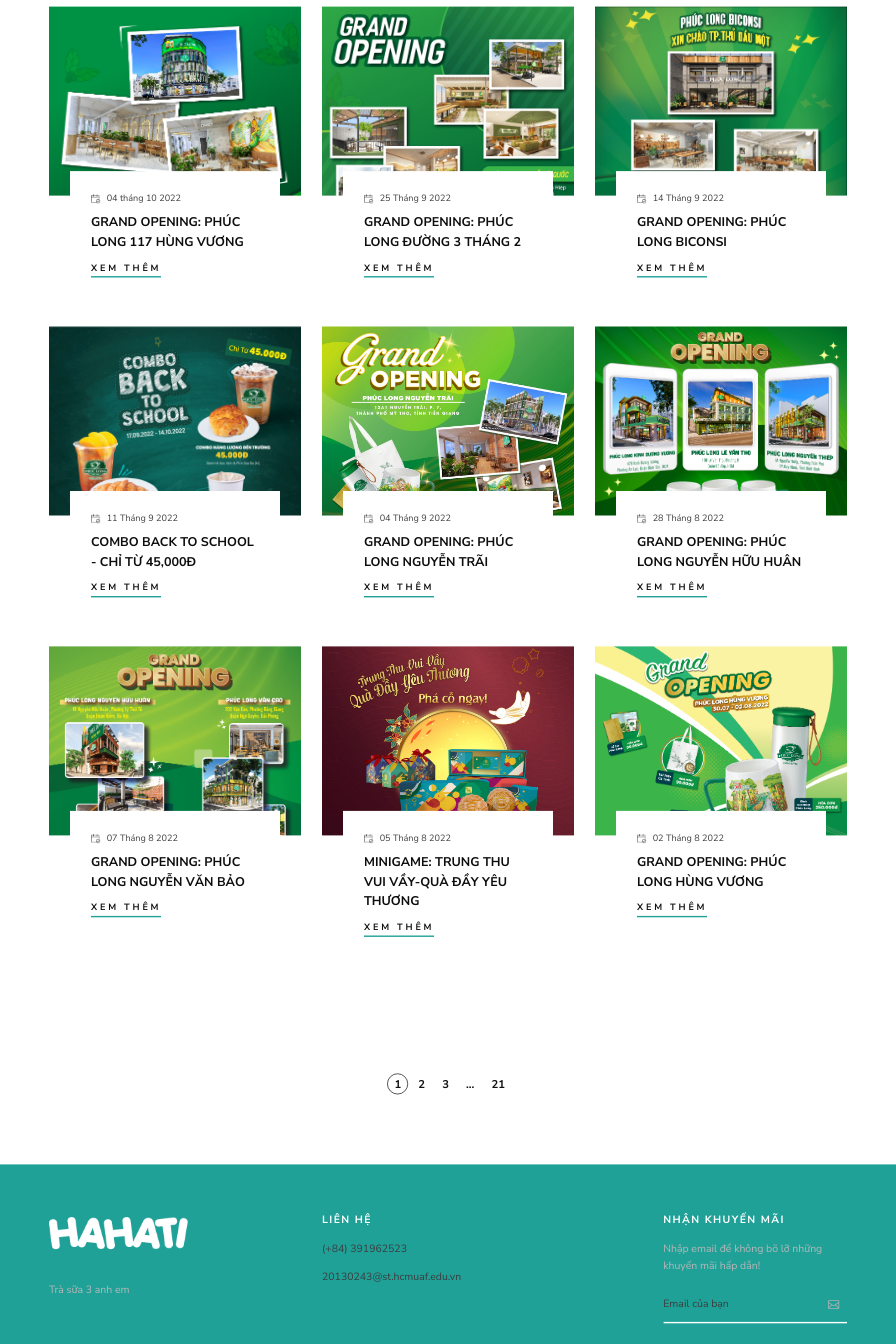
Repository: letrongtinh27/template
Page: blog.html
The author's editor kept a copy of each file at every save. The page is drawn from the files as they stood at one save, then again after the next save.
The browser window is 1280 px wide. The pictures show the part of the page from y = 659 to 2579 px (the page is 2579 px tall before and 2551 px after), at 70% of full size.

Above is the page before, as saved 2022-10-25 20:00:58.

### blog.html
<!DOCTYPE html>
<html lang="zxx">
  <head>
    <meta charset="UTF-8" />
    <meta name="description" content="Male_Fashion Template" />
    <meta name="keywords" content="Male_Fashion, unica, creative, html" />
    <meta name="viewport" content="width=device-width, initial-scale=1.0" />
    <meta http-equiv="X-UA-Compatible" content="ie=edge" />
    <title>HAHATI | Tài khoản</title>

    <!-- Google Font -->
    <link
      href="https://fonts.googleapis.com/css2?family=Nunito+Sans:wght@300;400;600;700;800;900&display=swap"
      rel="stylesheet"
    />

    <!-- Css Styles -->
    <link rel="stylesheet" href="css/bootstrap.min.css" type="text/css" />
    <link rel="stylesheet" href="css/font-awesome.min.css" type="text/css" />
    <link
      rel="stylesheet"
      href="https://cdnjs.cloudflare.com/ajax/libs/font-awesome/6.2.0/css/all.min.css"
      integrity="sha512-xh6O/CkQoPOWDdYTDqeRdPCVd1SpvCA9XXcUnZS2FmJNp1coAFzvtCN9BmamE+4aHK8yyUHUSCcJHgXloTyT2A=="
      crossorigin="anonymous"
      referrerpolicy="no-referrer"
    />
    <link rel="stylesheet" href="css/elegant-icons.css" type="text/css" />
    <link rel="stylesheet" href="css/magnific-popup.css" type="text/css" />
    <link rel="stylesheet" href="css/nice-select.css" type="text/css" />
    <link rel="stylesheet" href="css/owl.carousel.min.css" type="text/css" />
    <link rel="stylesheet" href="css/slicknav.min.css" type="text/css" />
    <link rel="stylesheet" href="css/style.css" type="text/css" />
    <link rel="stylesheet" href="css/blog.css">
  </head>

  <body>
    <!-- Page Preloder -->
    <div id="preloder">
      <div class="loader"></div>
    </div>

    <!-- Offcanvas Menu Begin -->
    <div class="offcanvas-menu-overlay"></div>
    <div class="offcanvas-menu-wrapper">
      <div class="offcanvas__option">
        <div class="offcanvas__links">
          <a href="#">Sign in</a>
        </div>
      </div>
      <div class="offcanvas__nav__option">
        <a href="#" class="search-switch"
          ><img src="img/icon/search.png" alt=""
        /></a>
        <a href="#"><img src="img/icon/heart.png" alt="" /></a>
        <a href="#"><img src="img/icon/cart.png" alt="" /> <span>0</span></a>
        <div class="price">$0.00</div>
      </div>
      <div id="mobile-menu-wrap"></div>
    </div>
    <!-- Offcanvas Menu End -->

    <!-- Header Section Begin -->
    <header class="header">
      <div class="container">
        <div class="row">
          <div class="col-lg-3 col-md-3">
            <div class="header__logo">
              <a href="./index.html"
                ><img class="logo-small" src="img/logo.png" alt=""
              /></a>
            </div>
          </div>
          <div class="col-lg-6 col-md-6">
            <nav class="header__menu mobile-menu">
              <ul>
                <li><a href="./index.html">Trang chủ</a></li>
                <li class=""><a href="./shop.html">Sản phẩm</a></li>
                <li class=""><a href="#">Giới thiệu</a></li>
                <li class="active"><a href="./blog.html">Khuyến mãi</a></li>
              </ul>
            </nav>
          </div>
          <div class="col-lg-3 col-md-3">
            <div class="header__nav__option">
              <a href="#" class="primary-btn login-btn">Đăng nhập</a>
            </div>
          </div>
        </div>
        <div class="canvas__open"><i class="fa fa-bars"></i></div>
      </div>
    </header>
    <!-- Header Section End -->

    <!-- Breadcrumb Section Begin -->
    <!-- <section class="breadcrumb-option">
      <div class="container">
        <div class="row">
          <div class="col-lg-12">
            <div class="breadcrumb__text">
              <h4>Khuyến mãi</h4>
              <div class="breadcrumb__links">
                <a href="./index.html">Trang chủ</a>
                <span>Khuyến mãi</span>
              </div>
            </div>
          </div>
        </div>
      </div>
    </section> -->
    <!-- <section class="breadcrumb-blog set-bg" data-setbg="img/banner-matcha.jpg">
      <div class="container">
          <div class="row">
              <div class="col-lg-12">
                  <h2>Our Blog</h2>
              </div>
          </div>
      </div>
  </section> -->
    <!-- Breadcrumb Section End -->
  <div class="thumbCover">
    <img src="./img/banner-matcha.jpg" alt="">
  </div>
    <!-- Shopping Cart Section Begin -->
    <section class="blog">
      <div class="container">
        <div class="row">
            <div class="col-lg-4 col-md-6 col-sm-6">
                <div class="blog__item">
                    <div class="blog__item__pic set-bg" data-setbg="img/blog/blog-1.jpg"></div>
                    <div class="blog__item__text">
                        <span><img src="img/icon/calendar.png" alt=""> 04 tháng 10 2022</span>
                        <h5>GRAND OPENING: PHÚC LONG 117 HÙNG VƯƠNG</h5>
                        <a href="#">Xem Thêm<main></main></a>
                    </div>
                </div>
            </div>
            <div class="col-lg-4 col-md-6 col-sm-6">
                <div class="blog__item">
                    <div class="blog__item__pic set-bg" data-setbg="img/blog/blog-2.jpg"></div>
                    <div class="blog__item__text">
                        <span><img src="img/icon/calendar.png" alt=""> 25 Tháng 9 2022</span>
                        <h5>GRAND OPENING: PHÚC LONG ĐƯỜNG 3 THÁNG 2</h5>
                        <a href="#">Xem Thêm<main></main></a>
                    </div>
                </div>
            </div>
            <div class="col-lg-4 col-md-6 col-sm-6">
                <div class="blog__item">
                    <div class="blog__item__pic set-bg" data-setbg="img/blog/blog-3.jpg"></div>
                    <div class="blog__item__text">
                        <span><img src="img/icon/calendar.png" alt=""> 14 Tháng 9 2022</span>
                        <h5>GRAND OPENING: PHÚC LONG BICONSI</h5>
                        <a href="#">Xem Thêm<main></main></a>
                    </div>
                </div>
            </div>
            <div class="col-lg-4 col-md-6 col-sm-6">
                <div class="blog__item">
                    <div class="blog__item__pic set-bg" data-setbg="img/blog/blog-4.jpg"></div>
                    <div class="blog__item__text">
                        <span><img src="img/icon/calendar.png" alt=""> 11 Tháng 9 2022</span>
                        <h5>COMBO BACK TO SCHOOL - CHỈ TỪ 45,000Đ</h5>
                        <a href="#">Xem Thêm<main></main></a>
                    </div>
                </div>
            </div>
            <div class="col-lg-4 col-md-6 col-sm-6">
                <div class="blog__item">
                    <div class="blog__item__pic set-bg" data-setbg="img/blog/blog-5.jpg"></div>
                    <div class="blog__item__text">
                        <span><img src="img/icon/calendar.png" alt=""> 04 Tháng 9 2022</span>
                        <h5>GRAND OPENING: PHÚC LONG NGUYỄN TRÃI</h5>
                        <a href="#">Xem Thêm<main></main></a>
                    </div>
                </div>
            </div>
            <div class="col-lg-4 col-md-6 col-sm-6">
                <div class="blog__item">
                    <div class="blog__item__pic set-bg" data-setbg="img/blog/blog-6.jpg"></div>
                    <div class="blog__item__text">
                        <span><img src="img/icon/calendar.png" alt=""> 28 Tháng 8 2022</span>
                        <h5>GRAND OPENING: PHÚC LONG NGUYỄN HỮU HUÂN</h5>
                        <a href="#">Xem Thêm<main></main></a>
                    </div>
                </div>
            </div>
            <div class="col-lg-4 col-md-6 col-sm-6">
                <div class="blog__item">
                    <div class="blog__item__pic set-bg" data-setbg="img/blog/blog-7.jpg"></div>
                    <div class="blog__item__text">
                        <span><img src="img/icon/calendar.png" alt=""> 07 Tháng 8 2022</span>
                        <h5>GRAND OPENING: PHÚC LONG NGUYỄN VĂN BẢO</h5>
                        <a href="#">Xem Thêm<main></main></a>
                    </div>
                </div>
            </div>
            <div class="col-lg-4 col-md-6 col-sm-6">
                <div class="blog__item">
                    <div class="blog__item__pic set-bg" data-setbg="img/blog/blog-8.jpg"></div>
                    <div class="blog__item__text">
                        <span><img src="img/icon/calendar.png" alt=""> 05 Tháng 8 2022</span>
                        <h5>MINIGAME: TRUNG THU VUI VẦY-QUÀ ĐẦY YÊU THƯƠNG</h5>
                        <a href="#">Xem Thêm<main></main></a>
                    </div>
                </div>
            </div>
            <div class="col-lg-4 col-md-6 col-sm-6">
                <div class="blog__item">
                    <div class="blog__item__pic set-bg" data-setbg="img/blog/blog-9.jpg"></div>
                    <div class="blog__item__text">
                        <span><img src="img/icon/calendar.png" alt=""> 02 Tháng 8 2022</span>
                        <h5>GRAND OPENING: PHÚC LONG HÙNG VƯƠNG</h5>
                        <a href="#">Xem Thêm<main></main></a>
                    </div>
                </div>
            </div>
        </div>
        <div class="row spad">
          <div class="col-lg-12">
              <div class="product__pagination">
                  <a class="active" href="#">1</a>
                  <a href="#">2</a>
                  <a href="#">3</a>
                  <span>...</span>
                  <a href="#">21</a>
              </div>
          </div>
      </div>
    </div>
    </section>
    <footer class="footer">
      <div class="container">
        <div class="row">
          <div class="col-lg-3 col-md-6 col-sm-6">
            <div class="footer__about">
              <div class="footer__logo">
                <a href="#"><img src="img/footer-logo.png" alt="" /></a>
              </div>
              <p>Trà sữa 3 anh em</p>
            </div>
          </div>
          <div class="col-lg-2 offset-lg-1 col-md-3 col-sm-6">
            <div class="footer__widget">
              <h6>Liên hệ</h6>
              <ul>
                <li>
                  <p>(+84) 391962523</p>
                </li>
                <li>
                  <p>20130243@st.hcmuaf.edu.vn</p>
                </li>
              </ul>
            </div>
          </div>
          <div class="col-lg-2 col-md-3 col-sm-6">
            <div class="footer__widget"></div>
          </div>
          <div class="col-lg-3 offset-lg-1 col-md-6 col-sm-6">
            <div class="footer__widget">
              <h6>Nhận khuyến mãi</h6>
              <div class="footer__newslatter">
                <p>Nhập email để không bõ lỡ những khuyến mãi hấp dẫn!</p>
                <form action="#">
                  <input type="text" placeholder="Email của bạn" />
                  <button type="submit">
                    <span class="icon_mail_alt"></span>
                  </button>
                </form>
              </div>
            </div>
          </div>

        </div>
      </div>
    </footer>
    <!-- Footer Section End -->

    <!-- Search Begin -->
    <div class="search-model">
      <div class="h-100 d-flex align-items-center justify-content-center">
        <div class="search-close-switch">+</div>
        <form class="search-model-form">
          <input type="text" id="search-input" placeholder="Search here....." />
        </form>
      </div>
    </div>
    <!-- Search End -->

    <!-- Js Plugins -->
    <script src="js/jquery-3.3.1.min.js"></script>
    <script src="js/jquery.nice-select.min.js"></script>
    <script src="js/jquery.nicescroll.min.js"></script>
    <script src="js/jquery.magnific-popup.min.js"></script>
    <script src="js/jquery.countdown.min.js"></script>
    <script src="js/jquery.slicknav.js"></script>
    <script src="js/mixitup.min.js"></script>
    <script src="js/owl.carousel.min.js"></script>
    <script src="js/main.js"></script>
    <script src="js/account/bootstrap.min.js"></script>
    <script src="assets/js/vendor/jquery-3.5.1.min.js"></script>

  </body>
</html>

### css/blog.css
.blog {
    padding:55px 0 0 0 ;
}

.thumbCover {
    width: 100%;
    border-top: 3px solid #F5F5F5;
}

.thumbCover > img {
    width: 100%;
    height: 520px;
}

Loaded but not shown: css/bootstrap.min.css (library); css/font-awesome.min.css (library); css/magnific-popup.css (library); css/nice-select.css (common file); css/owl.carousel.min.css (library); css/slicknav.min.css (common file); js/jquery-3.3.1.min.js (library); js/jquery.nice-select.min.js (common file); js/jquery.nicescroll.min.js (library); js/jquery.magnific-popup.min.js (library); js/jquery.countdown.min.js (library); js/jquery.slicknav.js (library); js/mixitup.min.js (library); js/owl.carousel.min.js (library); js/account/bootstrap.min.js (library); assets/js/vendor/jquery-3.5.1.min.js (library); js/main.js (216 lines, source omitted); css/style.css (3856 lines, source omitted); css/elegant-icons.css (1157 lines, source omitted)

After the next save:
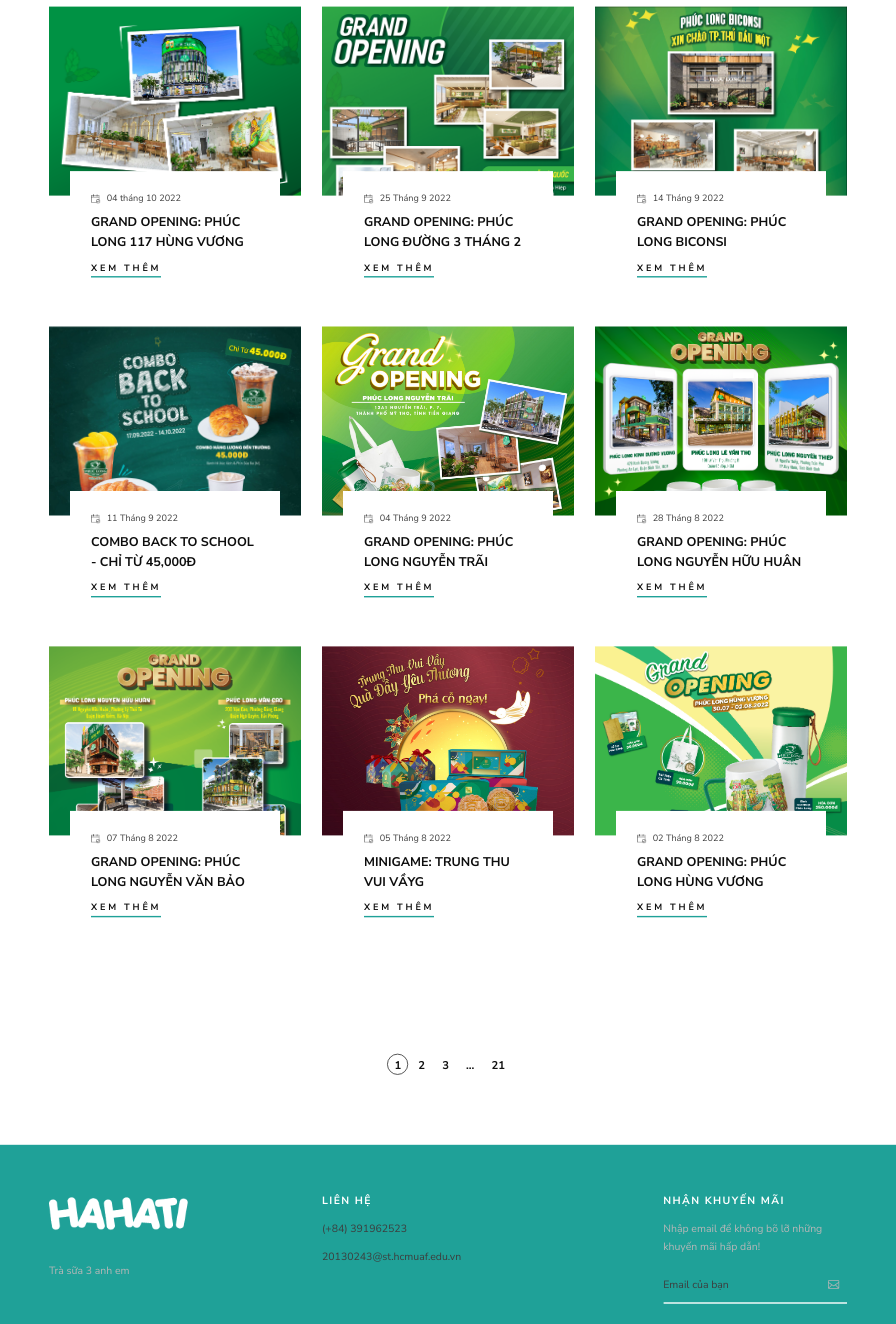
Saved 15 s later.
--- a/blog.html
+++ b/blog.html
@@ -199,7 +199,7 @@
                     <div class="blog__item__pic set-bg" data-setbg="img/blog/blog-8.jpg"></div>
                     <div class="blog__item__text">
                         <span><img src="img/icon/calendar.png" alt=""> 05 Tháng 8 2022</span>
-                        <h5>MINIGAME: TRUNG THU VUI VẦY-QUÀ ĐẦY YÊU THƯƠNG</h5>
+                        <h5>MINIGAME: TRUNG THU VUI VẦYG</h5>
                         <a href="#">Xem Thêm<main></main></a>
                     </div>
                 </div>
